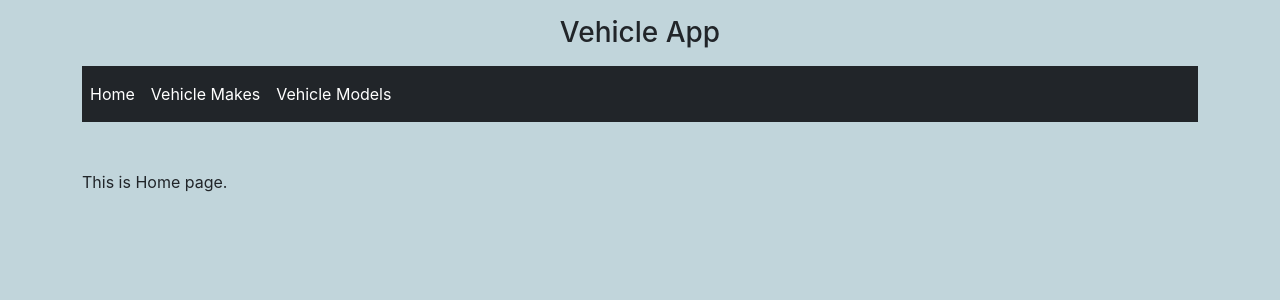
Repository: magdalenarajic/VehicleFrontend
Page: /
These files come from the project's save history. The page is drawn as it stood at one moment and after the next save; the edit follows.
The browser window is 1280 px wide. The pictures show the whole page.
The project was rebuilt for these pictures with package versions that can differ from the ones it lists, and the page was loaded fresh each time. Also part of the build but not shown: src/App.css, src/services/makeService.js, src/stores/makeStore.js, src/components/VehicleMake.js, src/services/modelService.js, src/stores/modelStore.js, src/components/VehicleModel.js.

Above is the page before, as saved 2023-03-10 11:21:57.

After the next save:
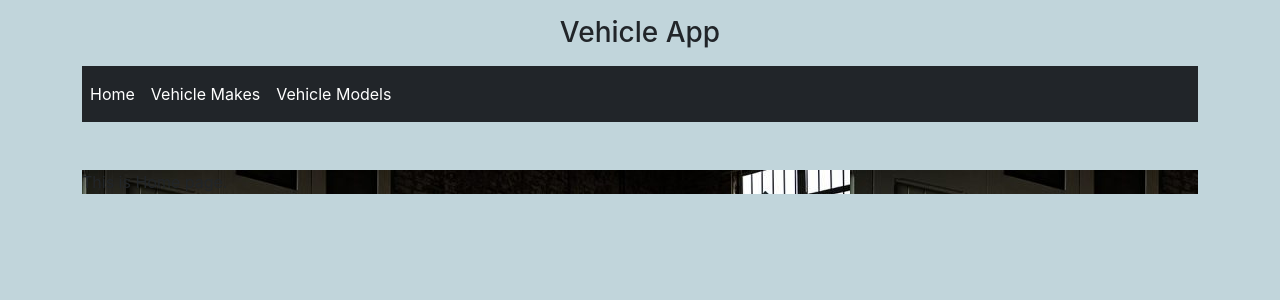
Saved 6 min 51 s later.
--- a/src/components/Home.js
+++ b/src/components/Home.js
@@ -1,10 +1,11 @@
 import React, {Component} from 'react';
+import image from '../img/photo1.jpg';
 
 export class Home extends Component{
 
     render(){
           return(
-            <div className="mt-5 d-flex justify-content-left">
+            <div className="mt-5 d-flex justify-content-left" style={{ backgroundImage:`url(${image})` }}>
                 This is Home page.
             </div>
           )
